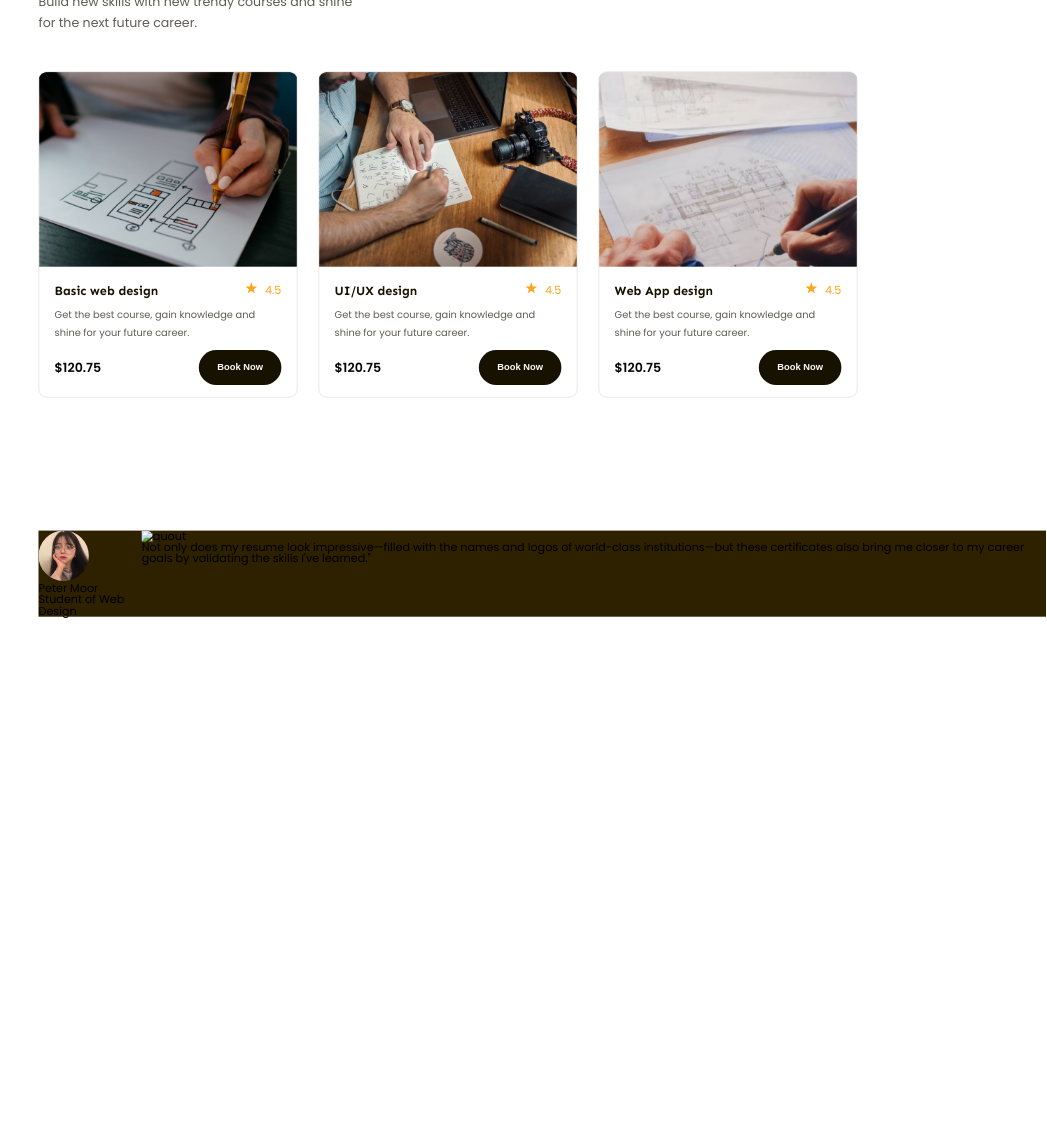
Repository: Toihoclaptrinh/duan1_figma
Page: index.html
The author's editor kept a copy of each file at every save. The page is drawn from the files as they stood at one save, then again after the next save.
The browser window is 1280 px wide. The page is 1495 px wide, then 1280 px, so the pictures cover 1495 px, including what lies to the right of the window. The pictures show the part of the page from y = 1180 to 2820 px (the page is 10000 px tall), at 70% of full size.

Above is the page before, as saved 2024-02-09 23:20:28.

### index.html
<!DOCTYPE html>
<html lang="en">
  <head>
    <meta charset="UTF-8" />
    <meta name="viewport" content="width=device-width, initial-scale=1.0" />
    <!-- reset css -->
    <link rel="stylesheet" href="./assets/css/reset.css" />
    <!-- embet font -->
    <link rel="preconnect" href="https://fonts.googleapis.com" />
    <link rel="preconnect" href="https://fonts.gstatic.com" crossorigin />
    <link
      href="https://fonts.googleapis.com/css2?family=Poppins:ital,wght@0,400;0,500;0,600;0,700;1,400&family=Sen:wght@700&display=swap"
      rel="stylesheet"
    />

    <!-- style css -->
    <link rel="stylesheet" href="./assets/css/style.css" />

    <title>Figma</title>
  </head>
  <body style="height: 10000px">
    <!-- header -->
    <header class="header fixed">
      <div class="main-content">
        <div class="body">
          <!-- logo -->
          <img src="./assets/icon/Lesson..svg" alt="Lesson" />
          <!-- navigation -->
          <nav class="nav">
            <ul>
              <li class="active">
                <a href="#!">Home</a>
              </li>
              <li>
                <a href="#!">Courses</a>
              </li>
              <li>
                <a href="#!">Pricing</a>
              </li>
              <li>
                <a href="#!">Reviews</a>
              </li>
            </ul>
          </nav>
          <!-- btn action -->
          <div class="action">
            <a href="#!" class="btn btn-sign-up">Sign Up</a>
          </div>
        </div>
      </div>
    </header>

    <main>
       <!-- code phần hero -->
      <div class="hero">
        <div class="main-content">
          <div class="body">
            <!-- hero left -->
            <div class="media-block">
              <img
                src="./assets/img/guy-lesson 1.jpg"
                alt="ảnh minh họa"
                class="img"
              />
              <div class="hero-summary">
                <!-- item 1 -->
                <div class="item">
                  <div class="icon">
                    <img src="./assets/icon/Design.svg" alt="icon design" />
                  </div>
                  <div class="info">
                    <p class="label">20 Courses</p>
                    <p class="title">UI/UX Design</p>
                  </div>
                </div>
                <!-- item 2 -->
                <div class="item">
                  <div class="icon icon2">
                    <img src="./assets/icon/Dev.svg" alt="icon dev" />
                  </div>
                  <div class="info">
                    <p class="label">20 Courses</p>
                    <p class="title">Development</p>
                  </div>
                </div>
                <!-- item 3 -->
                <div class="item">
                  <div class="icon icon3">
                    <img src="./assets/icon/Mark.svg" alt="icon marketing" />
                  </div>
                  <div class="info">
                    <p class="label">30 Courses</p>
                    <p class="title">Marketing</p>
                  </div>
                </div>
              </div>
            </div>
              <!-- hero-right -->
              <div class="contain-block">
                <h1 class="heading">
                  Learn without limits and spread knowledge.
                </h1>
                <p class="desc">
                  Build new skills for that “this is my year” feeling with
                  courses, certificates, and degrees from world-class
                  universities and companies.
                </p>
                <div class="cta-group">
                  <a href="#!" class="btn">See Courses</a>
                  <button class="watch-video">
                    <div class="icon">
                      <img src="./assets/icon/Polygon 2.svg" alt="play video" />
                    </div>
                    <span>Watch Video</span>
                  </button>
                </div>
                <p class="desc descRecent">Recent engagement</p>
                <p class="desc descstrong" >
                  <strong>50K</strong> Students <strong>70+</strong> Courses
                </p>
              </div>
          </div>
        </div>
        </div>
      </div>
       <!-- code phần pupular -->
      <div class="popular">
        <div class="main-content">
          <div class="pupular-top">
            <!-- khối bên trái  -->
            <div class="info">
              <h2 class="heading-lv2">Our popular courses</h2>
              <p class="desc">Build new skills with new trendy courses and shine for the next future career.</p>
            </div>
              <div class="controls">
                <button class="control-btn">
                  <svg width="8" height="14" viewBox="0 0 8 14" fill="none" xmlns="http://www.w3.org/2000/svg">
                    <path d="M7 1L1 7L7 13" stroke="currentColor" stroke-linecap="round" stroke-linejoin="round"/>
                    </svg>
                </button>
                <button class="control-btn">
                  <svg width="8" height="14" viewBox="0 0 8 14" fill="none" xmlns="http://www.w3.org/2000/svg">
                    <path d="M1 1L7 7L1 13" stroke="currentColor" stroke-linecap="round" stroke-linejoin="round"/>
                    </svg>
                </button>
              </div>
          </div>
          <div class="courses-list">
            <!-- khối thứ 1  -->
            <div class="courses-item">
              <a href="#!"><img src="./assets/img/thumb.jpg" alt="Basic web design" class="thumb"></a>
              <div class="info">
                <div class="head">
                  <h3 class="title"><a href="#!">Basic web design</a></h3>
                  <div class="rating">
                      <img src="./assets/icon/Star.svg" alt="star" class="star">
                      <span class="value">4.5</span>
                   </div>
                </div>

              <div class="desc">
                <p>Get the best course, gain knowledge and shine for your future career.</p>
              </div>
              <div class="foot">
                <span class="price">$120.75</span>
                <button class="btn">Book Now</button>
              </div>
            </div>
          </div>
            <!-- khối thứ 2 -->
            <div class="courses-item">
             <a href="#!"> <img src="./assets/img/thum2.jpg" alt="UI/UX design" class="thumb"></a>
              <div class="info">
                <div class="head">
                  <h3 class="title"><a href="#!">UI/UX design</a></h3>
                  <div class="rating">
                    <img src="./assets/icon/Star.svg" alt="star" class="star">
                      <span class="value">4.5</span>
                   </div>
                </div>

              <div class="desc">
                <p>Get the best course, gain knowledge and shine for your future career.</p>
              </div>
              <div class="foot">
                <span class="price">$120.75</span>
                <button class="btn">Book Now</button>
              </div>
            </div>
          </div>
            <!-- khối thứ 3 -->
            <div class="courses-item">
              <a href="#!"><img src="./assets/img/thumb3.png" alt="Web App design" class="thumb"></a>
              <div class="info">
                <div class="head">
                  <h3 class="title"><a href="#!">Web App design</a></h3>
                  <div class="rating">
                    <img src="./assets/icon/Star.svg" alt="star" class="star">
                      <span class="value">4.5</span>
                   </div>
                </div>
                <div class="desc">
                  <p>Get the best course, gain knowledge and shine for your future career.</p>
                </div>
                <div class="foot">
                  <span class="price">$120.75</span>
                  <button class="btn">Book Now</button>
                </div>
            </div>
          </div>
        </div>
        </div>
     </div>
     <!-- code phần feedback -->
     <div class="feedback">
        <div class="main-content">
          <div class="feedback-list">
            <div class="feedback-items">
              <!-- khối bên trái -->
                <div class="info">
                  <img src="./assets/img/avatar.jpg" alt="avatar" class="avatar">
                  <p class="name">Peter Moor</p>
                  <p class="desc">Student of Web Design</p>
                  <div class="dots">
                    <span class="dot"></span>
                    <span class="dot"></span>
                    <span class="dot"></span>
                  </div>
                </div>
                <!-- khối bên phải -->
                <div class="describe">
                  <img src="#!" alt="quout" class="quot">
                  <p class="desc"> Not only does my resume look impressive—filled with the names and logos of
                    world-class institutions—but these certificates also bring me closer to my career goals by
                    validating the skills I've learned." </p>
                </div>
            </div>
          </div>
        </div>
     </div>
    </main>
  </body>
</html>

### assets/css/style.css
/* font
 font-family: 'Poppins', sans-serif;
font-family: 'Sen', sans-serif;
 */

/* Phần code chung */

:root {
  --font-heading: "Sen", sans-serif;
  --primary-color: #ffb900;
}

* {
  box-sizing: border-box;
}
html {
  font-size: 62.5%;
}
body {
  font-size: 1.6rem;
  font-family: "Poppins", sans-serif;
}

a {
  text-decoration: none;
}

.heading-lv2 {
  font-family: var(--font-heading);
  font-size: 3.8rem;
  font-weight: 700;
  line-height: 1.27;
  letter-spacing: -0.76px;
}

/* code phần khối giao diện */
.main-content {
  width: 1170px;
  margin-left: auto;
  margin-right: auto;
  max-width: calc(100% - 48px);
}

/* Phần header */
.header {
  background: #fffcf4;
}
.header.fixed {
  position: sticky;
  /* phần phía trên sign up cách phía trên 8px cho bằng với phần bên dưới,nên để top -28px(36px-8),để âm 28 để cho phần
  thừa ra bị ẩn đi */
  top: -28px;
  z-index: 1;
}

.header .body {
  display: flex;
  align-items: center;
  padding: 36px 0px 8px;
}

.nav ul {
  display: flex;
}
.nav {
  margin-left: auto;
}

/* Thanh điều hướng */
.nav a {
  position: relative;
  color: #5f5b53;
  font-size: 1.6rem;
  padding: 8px 21px;
}

/* Dùng shadow tạo hiệu ứng in đậm khi hover  */
.nav li.active a,
.nav a:hover {
  color: #171100;
  text-shadow: 1px 0px 0px currentColor;
}

/* tạo dấu gạch chân dưới Home */
.nav li.active a::after {
  left: 21px;
  bottom: 6px;
  position: absolute;
  display: block;
  content: "";
  width: 12px;
  height: 2px;
  border-radius: 1px;
  background: #171100;
}

/* sign-up  */
.btn {
  display: inline-block;
  line-height: 50px;
  padding: 0 16px;
  min-width: 118px;
  color: #fff;
  text-align: center;
  font-weight: 600;
  border-radius: 999px;
  background: #171100;
}

.btn:hover {
  opacity: 0.9;
}

.header .btn-sign-up {
  min-width: 144px;
}

.header .action {
  margin-left: 49px;
}

/* phần hero  */

.hero {
  padding: 56px 0 65px;
  background-color: #fffcf4;
}

.hero .body {
  display: flex;
}

/* =========== hero left ================== */

.hero .media-block {
  width: 48%;
  position: relative;
}

.hero .media-block .img {
  width: 470px;
  height: 685px;
  object-fit: cover;
  border-radius: 20px;
}

.hero .hero-summary {
  width: 270px;
  padding: 24px;
  position: absolute;
  bottom: 48px;
  left: 300px;
  border-radius: 20px;
  background-color: #ffffff;
}

.hero-summary .item {
  display: flex;
  align-items: center;
}

.hero-summary .item + .item {
  margin-top: 22px;
}

.hero-summary .icon {
  width: 48px;
  height: 48px;
  border-radius: 50%;
  display: flex;
  justify-content: center;
  background-color: #fff9e8;
}

.hero-summary .icon2 {
  background-color: #fcefff;
}

.hero-summary .icon2 {
  background-color: #ebeaff;
}

.hero-summary .info {
  margin-left: 16px;
}

.hero-summary .info .label {
  font-size: 1.4rem;
  line-height: 1.86;
  color: #5f5b53;
}

.hero-summary .info .title {
  font-size: 1.4rem;
  color: #171100;
  line-height: 1.67;
  font-weight: 600;
}

/* =============== hero right ======= */

.hero .contain-block {
  width: 52%;
  padding-left: 130px;
  padding-top: 64px;
}

.hero .heading {
  color: #171100;
  font-family: var(--font-heading);
  font-size: 5.8rem;
  font-weight: 700;
  line-height: 1.17;
  letter-spacing: -1.16px;
}

.hero .desc {
  margin-top: 22px;
  font-size: 1.8rem;
  line-height: 1.67;
  color: #5f5b53;
}

.hero .cta-group {
  display: flex;
  margin-top: 38px;
  align-items: center;
}

.hero .btn {
  min-width: 180px;
  background-color: var(--primary-color);
  line-height: 64px;
}

.hero .watch-video {
  margin-left: 28px;
  border: none;
  background-color: transparent;
  display: flex;
  align-items: center;
  cursor: pointer;
}

.hero .watch-video .icon {
  width: 40px;
  height: 40px;
  background-color: #ffffff;
  border-radius: 40px;
  display: flex;
  align-items: center;
  justify-content: center;
  box-shadow: rgba(67, 71, 85, 0.27) 0px 0px 0.25em,
    rgba(90, 125, 188, 0.05) 0px 0.25em 1em;
}

.hero .watch-video span {
  margin-left: 14px;
  font-size: 1.8rem;
  font-weight: 600;
  line-height: 1.67;
}

.hero .descRecent {
  margin-top: 48px;
}

.hero .descstrong strong {
  font-family: var(--font-heading);
  font-size: 4.4rem;
  font-weight: 700;
  line-height: 1.23;
  color: #171100;
  margin-right: 15px;
}

.hero .descstrong {
  margin-top: 8px;
}

.hero .descstrong strong:nth-child(2) {
  margin-left: 28px;
}

.popular {
  padding: 65px 0px 55px;
  margin-top: 135px;
}

.pupular-top {
  display: flex;
  justify-content: space-between;
}

.pupular-top .desc {
  width: 458px;
  color: #5f5b53;
  font-size: 1.8rem;
  font-weight: 400;
  line-height: 1.67;
  margin-top: 16px;
}

.pupular-top .controls {
  display: flex;
  gap: 18px;
}

.pupular-top .control-btn {
  background-color: transparent;
  width: 40px;
  height: 40px;
  border: 1px solid var(--primary-color);
  border-radius: 50%;
  display: flex;
  justify-content: center;
  align-items: center;
  color: #ffb900;
}

.pupular-top .control-btn:hover {
  background-color: #ffb900;
  color: #ffffff;
  cursor: pointer;
}

.popular .courses-list {
  display: flex;
  margin-top: 55px;
  justify-content: space-between;
  gap: 30px;
}

.popular .courses-list .courses-item {
  flex: 1;
  max-width: 370px;
  height: 466px;
  border-radius: 12px;
  border: 1px solid #e2dfda;
}

.popular .courses-list .courses-item:hover {
  box-shadow: 0px 18px 36px 0px #0000000d;
  border: none;
}
.popular .courses-item .thumb {
  width: 100%;
  height: 278px;
  object-fit: cover;
}

.popular .courses-item .info {
  margin: 16px 22px 22px;
}

.popular .courses-item .head {
  display: flex;
  align-items: center;
  justify-content: space-between;
}

.popular .courses-item .title a {
  color: #171100;
  font-family: var(--font-heading);
  font-size: 1.8rem;
  font-weight: 600;
  line-height: 1.67;
}

.courses-item .head .value {
  font-size: 1.6rem;
  font-weight: 400;
  line-height: 1.75;
  color: #fea31b;
  margin-left: 6px;
}

.popular .courses-item .desc {
  font-size: 1.4rem;
  font-weight: 400;
  line-height: 1.86;
  color: #5f5b53;
  margin-top: 6px;
}

.popular .courses-item .foot {
  display: flex;
  align-items: center;
  justify-content: space-between;
  margin: 12px 0px 22px;
}

.popular .courses-item .foot .price {
  font-size: 1.8rem;
  font-weight: 600;
  line-height: 1.67;
}

.popular .courses-item .foot .btn {
  border: none;
}

.courses-item .foot .btn:hover {
  background-color: #ffb900;
  color: #ffffff;
  cursor: pointer;
}

.feedback .feedback-items {
  width: 1440px;
  background-color: #2e2100;
  margin-top: 135px;
}
.feedback-items {
  display: flex;
}

.feedback .info .avatar {
  border-radius: 999px;
  width: 72px;
}

Loaded but not shown: assets/css/reset.css (common file)

After the next save:
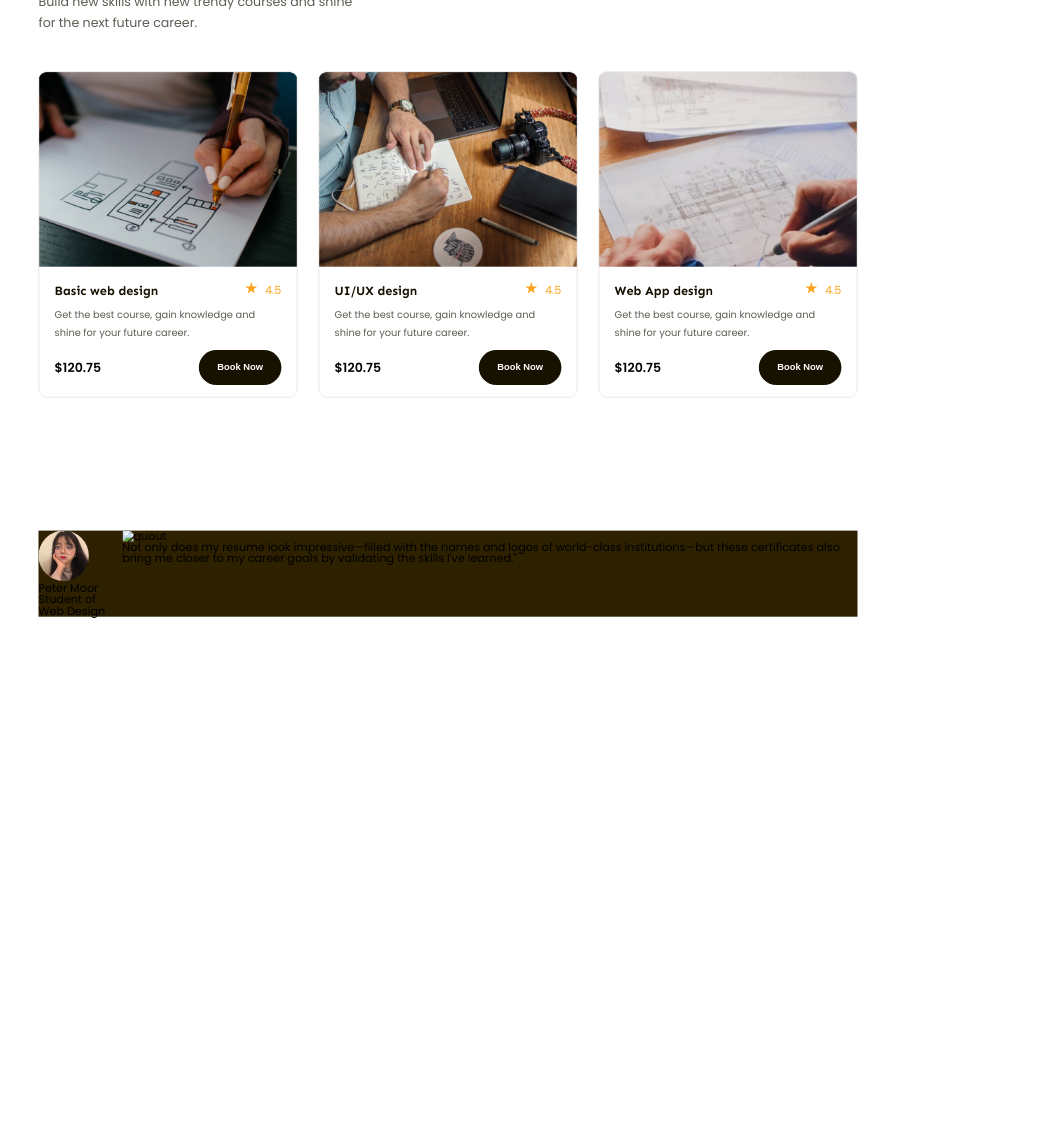
Saved 6 s later.
--- a/assets/css/style.css
+++ b/assets/css/style.css
@@ -407,7 +407,6 @@ a {
 }
 
 .feedback .feedback-items {
-  width: 1440px;
   background-color: #2e2100;
   margin-top: 135px;
 }
